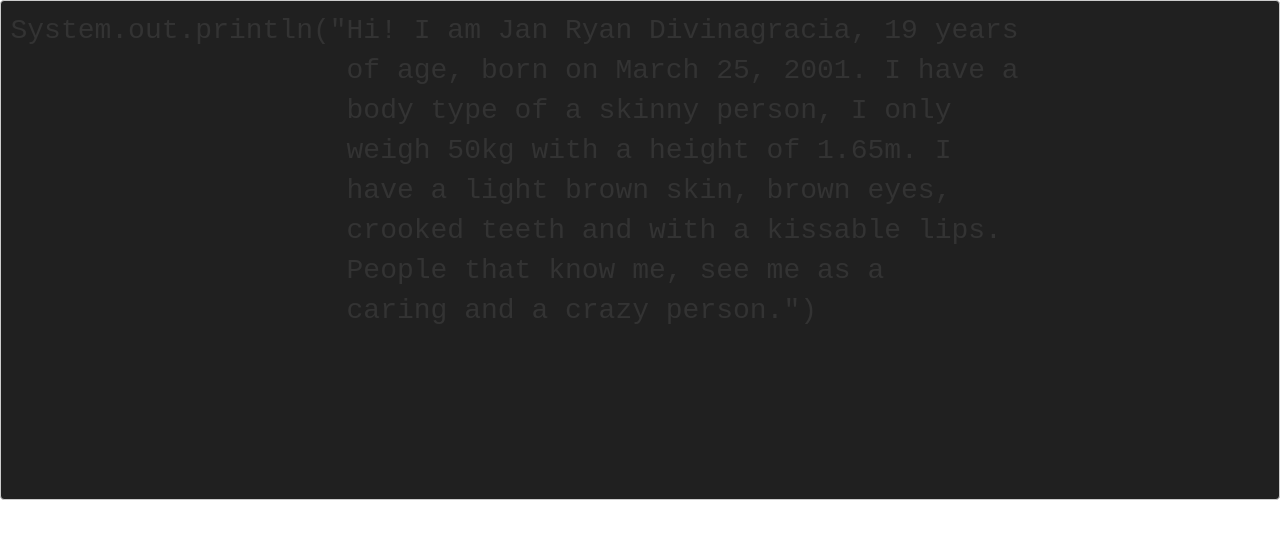
Repository: janry-gracia/Divinagracia_FinalProject
Page: Pages/storyofmylife.html
The author's editor kept a copy of each file at every save. The page is drawn from the files as they stood at one save, then again after the next save.
The browser window is 1280 px wide. The pictures show the whole page.

Above is the page before, as saved 2021-05-17 23:04:20.
Console error: TypeError: Cannot read properties of null (reading 'addEventListener')

After the next save:
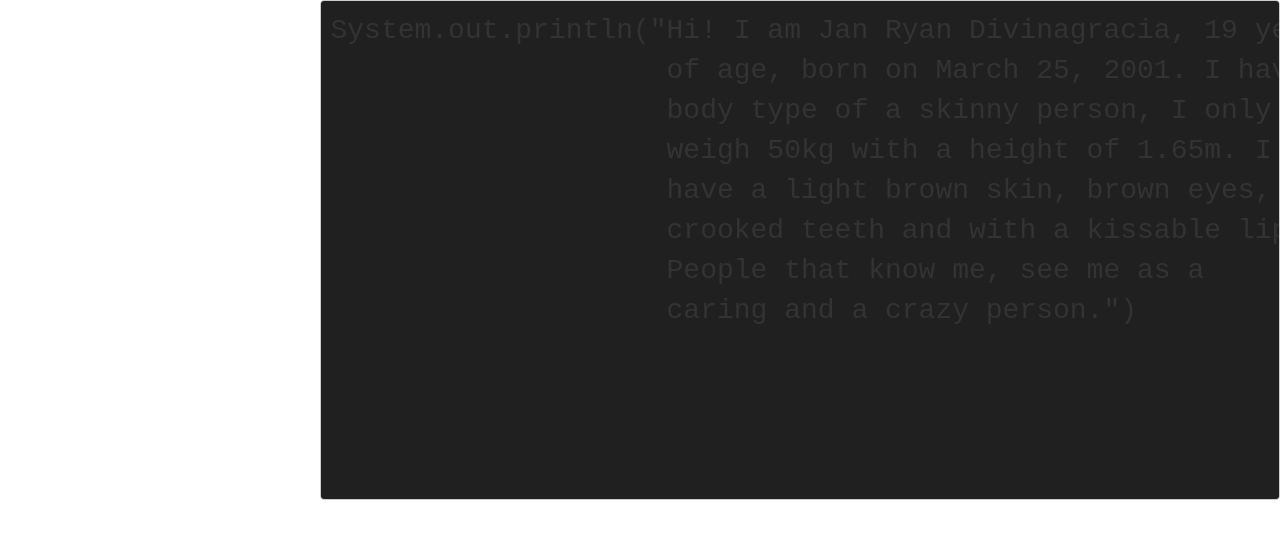
Saved 8 s later.
--- a/css/storyofmylife.css
+++ b/css/storyofmylife.css
@@ -20,7 +20,7 @@ html, body{
 }
 
 .message{
-
+    margin-left: 25%;
     height: 500px;
     background-color: rgb(32, 32, 32);
     font-family: 'Fire Code', monospace;
